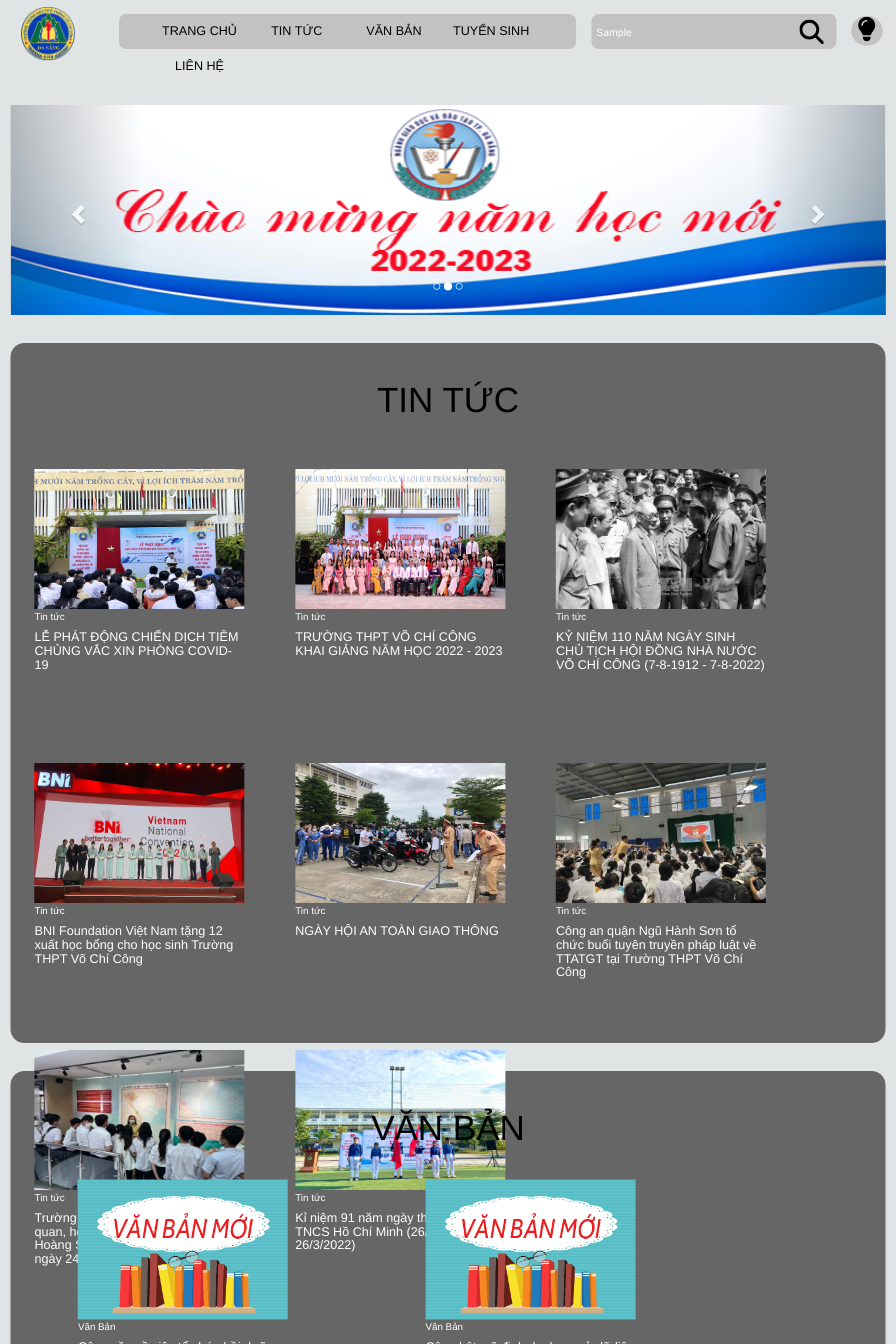
Repository: dphasst17/THPTVCC
Page: index.html
An editor plug-in stored every save of this project. The page is shown before and after the next save, followed by the edit.
The browser window is 1280 px wide. The pictures show the part of the page from y = 0 to 1920 px (the page is 3420 px tall), at 70% of full size.
Empty fields were first filled with sample values (such as "Sample", 5 or name@example.com).
After loading, the first visible `#light` was clicked once.

Above is the page before, as saved 2022-10-07 20:11:36.

After the next save:
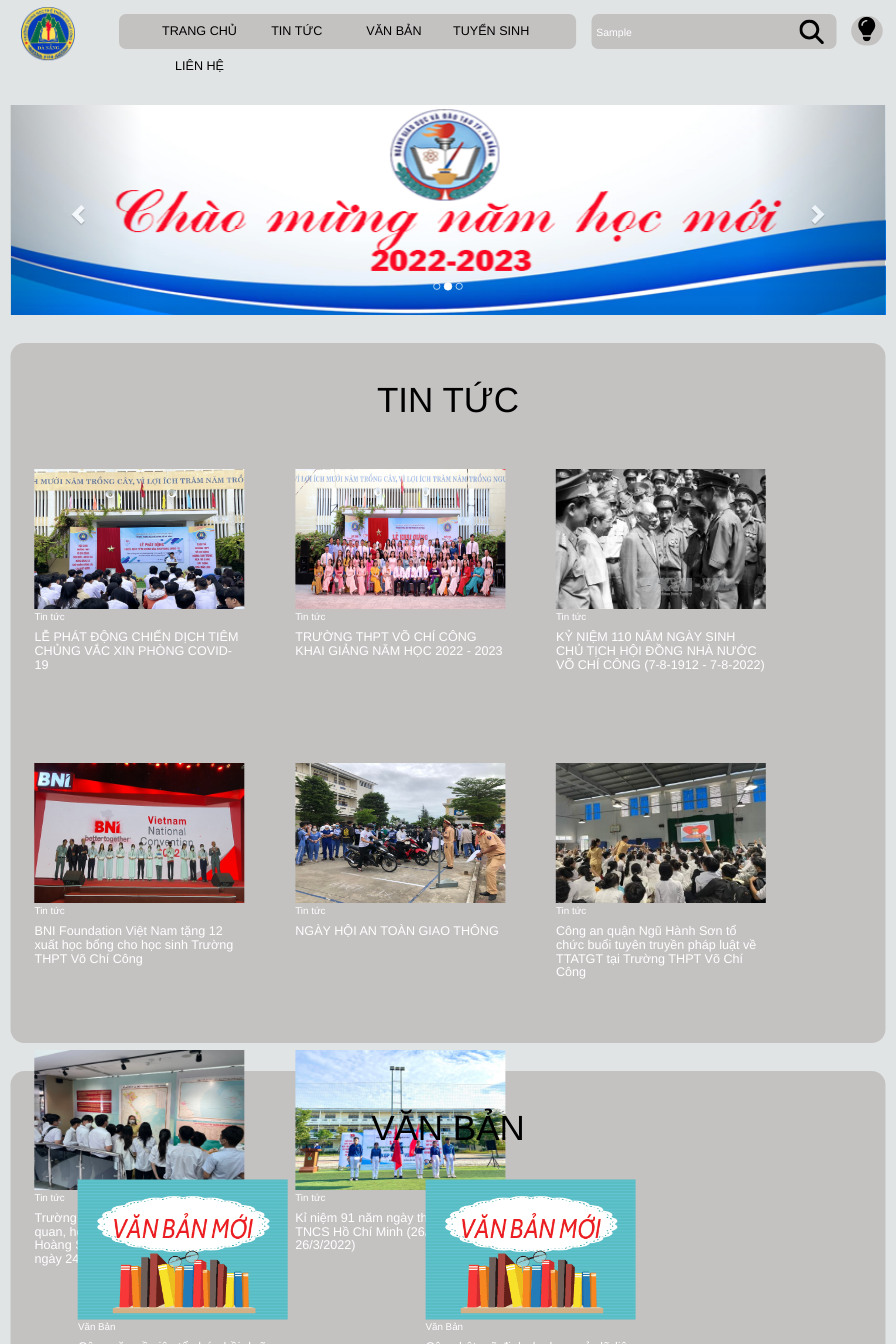
Saved 72 s later.
--- a/index.js
+++ b/index.js
@@ -22,6 +22,9 @@ $(document).ready(function(){
         $('.search').css("background-color","rgb(196, 193, 193)")
         $('.search>input').css("background-color","rgb(196, 193, 193)")
         $('.user').css("background-color","rgb(196, 193, 193)")
+        $('#new').css("background-color","rgb(196, 193, 193)")
+        $('#document').css("background-color","rgb(196, 193, 193)")
+        $('#admissions').css("background-color","rgb(196, 193, 193)")
         $('#light').css("display","none")
         $('#dark').css("display","block")
         $('#dark').css("background-color","rgb(196, 193, 193)")
